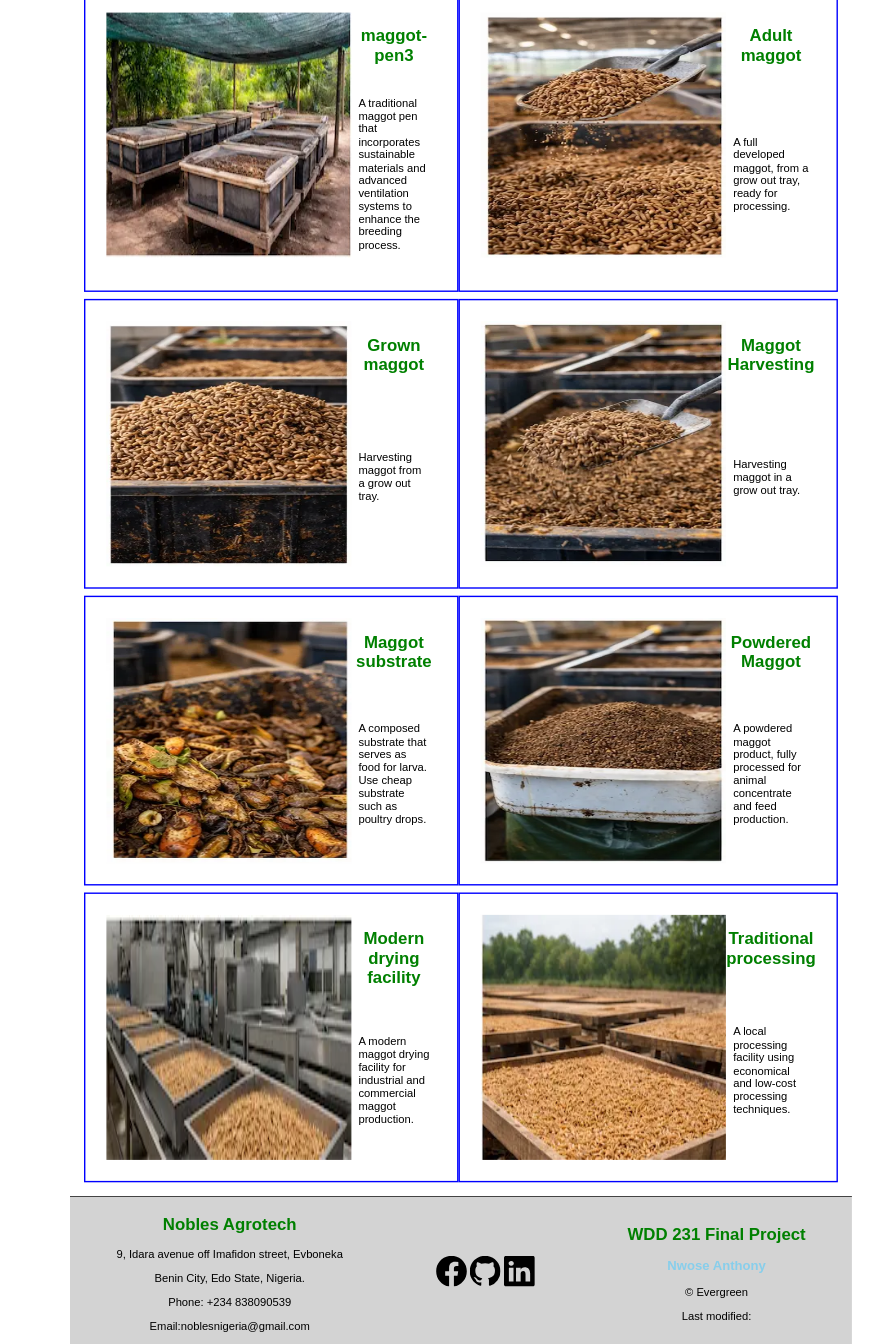
Repository: NoblesNigeria/articles
Page: maggot/farm-galleries.html
These files come from the project's save history. The page is drawn as it stood at one moment and after a run of saves; the edit follows.
The browser window is 1280 px wide. The pictures show the part of the page from y = 680 to 2600 px (the page is 2600 px tall before and 2572 px after), at 70% of full size.

Above is the page before, as saved 2026-02-23 11:40:15.
Console error: TypeError: Cannot read properties of null (reading 'addEventListener')

### maggot/farm-galleries.html
<!DOCTYPE html>
<html lang="en">
<head>
    <meta charset="UTF-8">
    <meta name="viewport" content="width=device-width, initial-scale=1.0">
    <meta name="description" content="This is the business directory page for the Chamber of Commerce, We connect businesses and foster growth in our community.">
    <meta name="author" content="Nwose Anthony">
    <meta property="og:title" content="Evergreen Chamber of Commerce">
    <meta property="og:description" content="Evergreen Chamber of Commerce - Connecting Businesses, Fostering Growth">
    <meta property="og:image" content=" https://noblesnigeria.github.io/wdd231/chamber/images/image.jpg">
    <meta property="og:url" content=" https://noblesnigeria.github.io/chamber/directory.html">
    <link rel="stylesheet" href="styles/normalize.css">
    <link rel="stylesheet" href="styles/final-small.css">
    <link rel="stylesheet" href="styles/final-medium.css">
    <link rel="stylesheet" href="styles/final-large.css">
    <script src="scripts/final.js" defer></script>
    <link rel="icon" href="favicon.ico">
    <title>Nobles Agricultural Technology</title>
    <link rel="preconnect" href="https://fonts.googleapis.com">
    <link rel="preconnect" href="https://fonts.gstatic.com" crossorigin>
    <link href="https://fonts.googleapis.com/css2?family=Roboto:wght@100..900&display=swap" rel="stylesheet">
</head>
<body>
    <header>
        <img src="images/book.svg" alt="Chamber Logo">
        <span>Nobles Maggot Farming Gallery</span>
        <button id="ham-btn" class="hamburger"></button>
    </header>
    <nav id="navigation" class="navigate">
        <ul>
           <li><a href="https://noblesnigeria.github.io/articles/maggot/index.html">projects</a></li>
           <li><a href="https://noblesnigeria.github.io/articles/maggot/farm-galleries.html">Galleries</a></li>
        </ul>
    </nav>
    <main>
        <section id="directory-entries"></section>
    </main>
    <footer>
        <aside class="contact">
            <h2>Nobles Agrotech</h2>
            <p>9, Idara avenue off Imafidon street, Evboneka </p>
            <p>Benin City, Edo State, Nigeria.</p>
            <p>Phone: +234 838090539</p>
            <p>Email:noblesnigeria@gmail.com</p>
        </aside>
        <aside class="media">
            <a href="https://github.com/NoblesNigeria"><img src="images/facebook.svg" alt="facebook" width="100" height="100"></a>
            <a href="https://github.com/NoblesNigeria"><img src="images/github.svg" alt="Github" width="100" height="100"></a>
            <a href="https://github.com/NoblesNigeria"><img src="images/linkedin.svg" alt="Linkedin" width="100" height="100"></a>
        </aside>
        <aside class="copy-right">
            <h2>WDD 231 Final Project</h2>
            <h3>Nwose Anthony</h3>
            <p>&copy; <span class="current-year"></span> Evergreen</p>
            <p>Last modified: <span class="lastModified"></span></p>
        </aside>
    </footer>
</body>
</html>

### maggot/styles/final-small.css
body{
    display:grid;
    grid-template-columns: auto;
    font-family: Arial, sans-serif;
    padding: 0;
    align-items: center;
}
#card{
    background-color: gray;
}
#clear{
    background-color: lightblue;
}
.profitability{
    background-color: lightgray;
}
h2{
    color:green;
    text-align: center;
}
h3{
    color:skyblue;
}
header{
    display:grid;
    grid-template-columns: 24px auto 44px;
    gap:10px;
    align-items:center;
    background-color: lightgrey;
    text-align: center;
}
header img{
    width:100%;
}
h1{
    color: blue;
    text-align: center;
}
.hamburger{
    border:none;
    cursor:pointer;
    font-size: 32px;
}
.hamburger::before{
    content: "\2630";
    font-size: 32px;
}
.hamburger.show::before{
    content: "\2715";
}
.navigate{
    display:none;
}
.navigate.show{
    display:block;
}
nav ul{
    list-style-type: none;
    display:block;
}
nav a:hover{
    color: purple;
}
.dove{
    color: red;
}
.jump{
    color: green;
}
main{
    padding: 20px;
}
#directory-entries section{
    display: grid;
    grid-template-columns: 1fr;
    grid-template-areas:
    "image"
    "name"
    "description"
    ;
    border: 2px solid blue;
    padding: 30px;
    margin-top: 10px;
}
#directory-entries img{
    grid-area: image;
    width: 350px;
    height: 250px;
}
#directory-entries h2{
    grid-area: name;
}
#directory-entries p{
    grid-area: description;
}
.profitability,th, td {
    border: 2px  solid black;
    padding: 10px;
}
.nutrient{
    border-collapse: collapse;
}
.profitability{
    border-collapse: collapse;
}
#register{
    padding: 10px;
    display:grid;
    background-color: gray;
}
label input{
    display:flex;
    padding: 5px;
}
button:hover{
    background-color: green;
}
#notification{
    padding: 5px;;
    width: 80px;
    margin-top: 5px;
}
#address{
    color: green;
}
footer{
    border-top: 1px solid black;
    padding-top: 5px;
    text-align: center;
    background-color: lightgrey;
}

.media img{
    width:44px;
    height:44px;
}

### maggot/styles/final-medium.css
@media only screen and (min-width: 38rem){
    #directory-entries section{
        display: grid;
        grid-template-columns: 1fr;
        grid-template-areas:
        "image name"
        "image description"
        ;
        border: 2px solid blue;
        padding: 30px;
        margin-top: 10px;
    }
    #directory-entries img{
        width: 350px;
        height: 350px;
    }
    #register{
        width: 400px;
        margin-left: 250px;
    }

}

### maggot/styles/final-large.css
@media only screen and (min-width: 50rem) {
    body{
        width: 1050px;
        margin-left: 100px;
    }
    header{
        grid-template-columns: 24px auto;
        font-size: 42px;
        padding: 15px;
    }
    #navigation{
        display:block;
        padding: 5px;
    }
    .hamburger{
        display:none;
    }
    .navigate ul{
        display:flex;
        flex-direction: row;
        gap: 15px;
    }
    footer{
        display: grid;
        grid-template-columns: auto auto auto;
        align-items: center;
    }
    .contact{
        grid-column: 1;
    }
    .media{
        grid-column: 2;
        justify-content: center;
    }
    .copy-right{
        grid-column: 3;
    }
    #directory-entries{
        display: grid;
        grid-template-columns: 1fr 1fr;
    }
    #directory-entries p{
        padding: 10px;
    }
}

### maggot/scripts/final.js

const details = './data/final.json';
const cards = document.querySelector('#directory-entries');

let allGallery = [];

// Wait for DOM to load
document.addEventListener('DOMContentLoaded', () => {
    getDetails();
});

// Fetch data
async function getDetails() {
    try {
        const response = await fetch(details);

        // Check if request was successful
        if (!response.ok) {
            throw new Error(`HTTP error! Status: ${response.status}`);
        }

        const data = await response.json();

        // Make sure gallery exists
        if (!data.gallery || !Array.isArray(data.gallery)) {
            throw new Error('Invalid JSON format: "gallery" not found');
        }

        allGallery = data.gallery;

        displayDetails(allGallery);

    } catch (error) {
        console.error('Error loading gallery:', error);
        cards.innerHTML = '<p>Failed to load gallery data.</p>';
    }
}

// Display members
function displayDetails(gallery) {
    cards.innerHTML = ''; // Clear cards

    gallery.forEach(member => {
        const card = document.createElement('section');
        card.classList.add('member-card');

        const h2 = document.createElement('h2');
        h2.textContent = member.name || 'No Name';

        const img = document.createElement('img');
        img.src = member.image || 'images/placeholder.jpg';
        img.alt = member.name || 'Gallery image';
        img.loading = 'lazy';

        const description = document.createElement('p');
        description.textContent = member.description

        card.append(h2, img, description);
        cards.appendChild(card);
    });
}

const ham = document.querySelector('#ham-btn');
const nav = document.querySelector('#navigation');
ham.addEventListener('click', () => {
    nav.classList.toggle('show');
    ham.classList.toggle('show');
});



const notify= document.getElementById('notification');
const inform= document.getElementById('info');
const signUp= document.getElementById('sign-up');

notify.addEventListener("click", () => {
    inform.showModal();
});

signUp.addEventListener("click", () => {
    inform.close();
});

### maggot/data/final.json
{
  "gallery": [
    {
      "name": "maggot-pen1",
      "description": "A commercial maggot pen designed for large-scale production, featuring multiple compartments for different stages of maggot development and easy access for harvesting.",
      "image": "images/modern-maggot-pen1.webp"
    },
    {
      "name": "maggot-pen2",
      "description": "A modern maggot pen designed for efficient breeding and harvesting of maggots, featuring a controlled environment to optimize growth and minimize odors.",
      "image": "images/modern-maggot-pen2.webp"
    },
    {
      "name": "maggot-pen3",
      "description": "A traditional maggot pen that incorporates sustainable materials and advanced ventilation systems to enhance the breeding process.",
      "image": "images/maggot-pen3.webp"
    },
    {
      "name": "Adult maggot",
      "description": "A full developed maggot, from a grow out tray, ready for processing.",
      "image": "images/maggot1.webp"
    },
    {
      "name": "Grown maggot",
      "description": "Harvesting maggot from a grow out tray.",
      "image": "images/maggot2.webp"
    },
    {
      "name": "Maggot Harvesting",
      "description": "Harvesting maggot in a grow out tray.",
      "image": "images/maggot8.webp"
    },
    {
      "name": "Maggot substrate",
      "description": "A composed substrate that serves as food for larva. Use cheap substrate such as poultry drops.",
      "image": "images/maggot7.webp"
    },
    {
      "name": "Powdered Maggot",
      "description": "A powdered maggot product, fully processed for animal concentrate and feed production.",
      "image": "images/maggot5.webp"
    },
    {
      "name": "Modern drying facility",
      "description": "A modern maggot drying facility for industrial and commercial maggot production.",
      "image": "images/maggot-modern-processing.webp"
    },
    {
      "name": "Traditional processing",
      "description": "A local processing facility using economical and low-cost processing techniques.",
      "image": "images/maggot-local-processing2.webp"
    }
  ]
}

Loaded but not shown: maggot/styles/normalize.css (library)

After the next 2 saves:
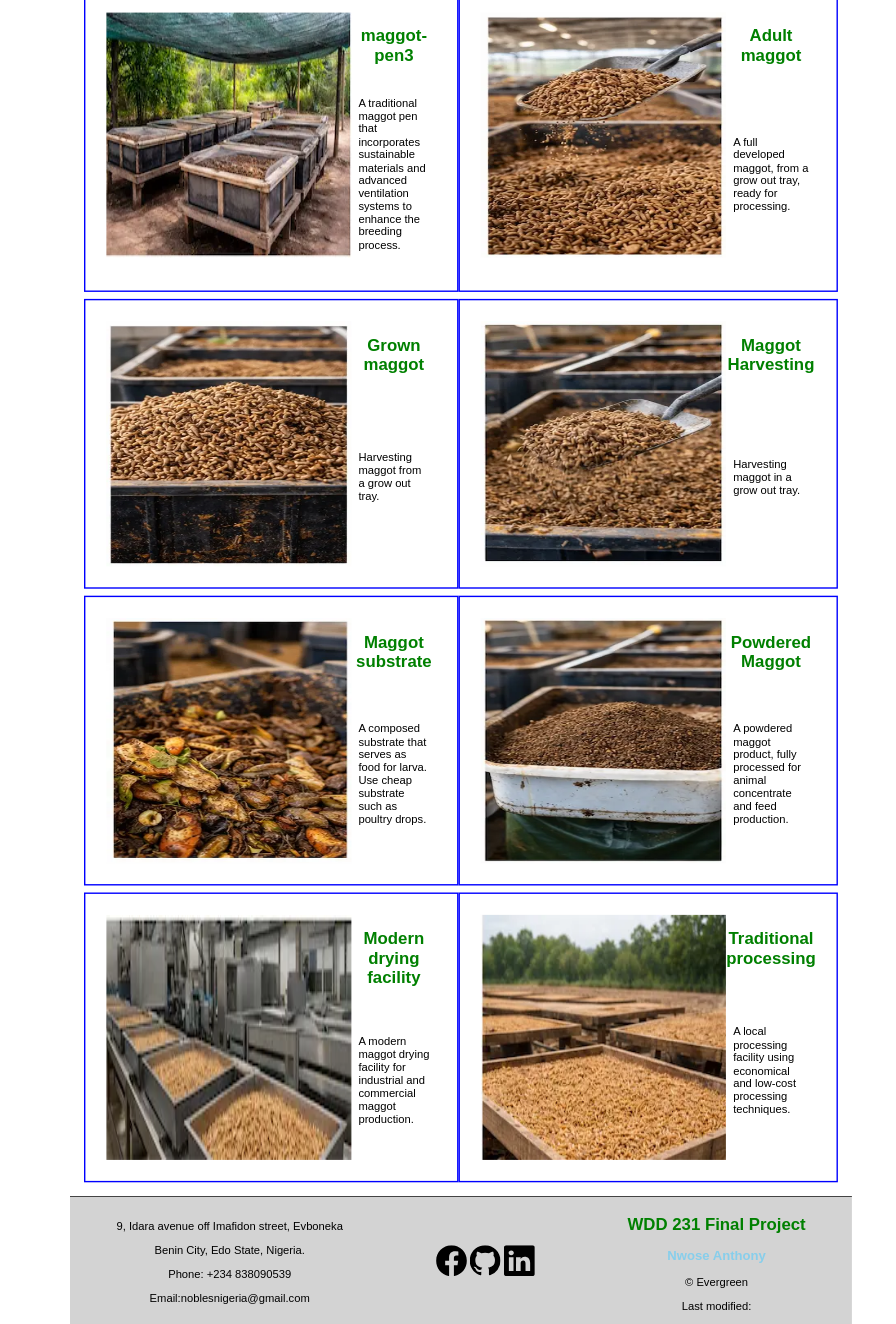
The 2 saves are shown as one change because they came seconds apart.
The last was saved 55 s later.
--- a/maggot/farm-galleries.html
+++ b/maggot/farm-galleries.html
@@ -37,7 +37,6 @@
     </main>
     <footer>
         <aside class="contact">
-            <h2>Nobles Agrotech</h2>
             <p>9, Idara avenue off Imafidon street, Evboneka </p>
             <p>Benin City, Edo State, Nigeria.</p>
             <p>Phone: +234 838090539</p>
